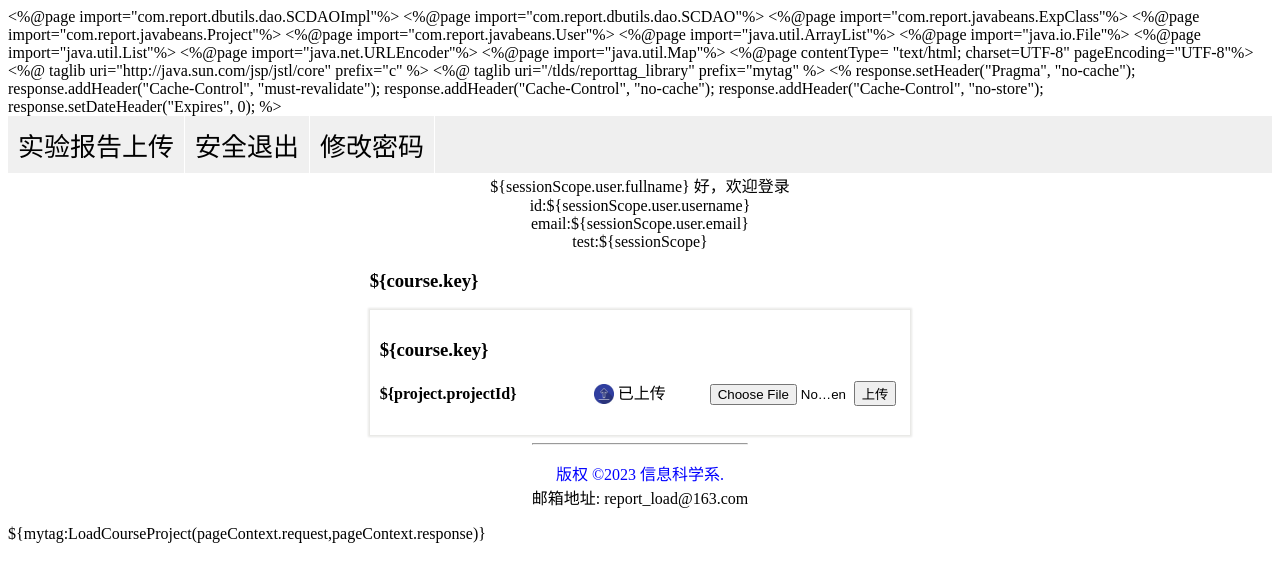
Repository: IAmJiangWenHao/ReportServer
Page: web/demo.html
An editor plug-in stored every save of this project. The page is shown before and after the next save, followed by the edit.
The browser window is 1280 px wide. The pictures show the whole page.

Above is the page before, as saved 2023-06-01 10:15:47.

### web/demo.html
<%@page import="com.report.dbutils.dao.SCDAOImpl"%>
<%@page import="com.report.dbutils.dao.SCDAO"%>
<%@page import="com.report.javabeans.ExpClass"%>
<%@page import="com.report.javabeans.Project"%>
<%@page import="com.report.javabeans.User"%>
<%@page import="java.util.ArrayList"%>
<%@page import="java.io.File"%>
<%@page import="java.util.List"%>
<%@page import="java.net.URLEncoder"%>
<%@page import="java.util.Map"%>
<%@page contentType= "text/html; charset=UTF-8" pageEncoding="UTF-8"%>

<%@ taglib uri="http://java.sun.com/jsp/jstl/core" prefix="c" %>
<%@ taglib uri="/tlds/reporttag_library" prefix="mytag" %>
<!--script type="text/javascript" src="${pageContext.request.contextPath}/script/scriptV1.js?v=1.0"></script-->
<!DOCTYPE html>
<html>
  <%
    response.setHeader("Pragma", "no-cache");
    response.addHeader("Cache-Control", "must-revalidate");
    response.addHeader("Cache-Control", "no-cache");
    response.addHeader("Cache-Control", "no-store");
    response.setDateHeader("Expires", 0);



  %>
  <head>
    <meta http-equiv="Content-Type" content="text/html; charset=UTF-8">
    <title >实验上传系统 </title>
  </head>
  <body>
    <style>
            .topbar-item{
        padding: 10px;
        border-right: 1px solid white;
        cursor:hand;
        background-color: rgba(240, 240, 240, 1)
      }
      .topbar-item:hover{
        background-color: gainsboro


      }
      #course1{
        padding: 10px;
        box-shadow: 0 0 2px 2px rgba(30, 30, 4, 0.1);
      }
      #course1:hover{
        box-shadow: 0 0 2px 2px rgba(30, 30, 4, 0.3);
      }
      #course1 tbody tr {
      display: flex;
      border-radius: 20px;
      width: auto;
      height: auto;
      padding: 10px;
      font-size: 26px;
      background-color: #fff;
      position: relative;
      justify-content: flex-start
    }
    #course1 tbody tr td a{
      color: #000;
      text-decoration:none;
    }
    #course1 tbody tr td a:hover{
      box-shadow: 0 0 10px 5px rgba(30, 30, 4, 0.3);
    }
    #course1 tbody tr td input{
      border: 0;
      height: 100%;
      background-color: #fff;
    }
    #course1 tbody tr td input:hover{
      border: 0;
      box-shadow: 0 0 10px 5px rgba(30, 30, 4, 0.3);
    }
    </style>
    <div style="display:flex;font-size: 26px;background-color: buttonface;">
      <div class="topbar-item" color="black"> 实验报告上传</div>
      <div class="topbar-item"><a style="color: black;text-decoration:none;" href="exit.jsp">安全退出</a></div>
      <div class="topbar-item"><a style="color: black;text-decoration:none;" href="WEB-INF/set_password_email.jsp">修改密码</a></div>

    </div>
    <div style="display: flex; flex-direction:column;align-items: center;">
      <div >${sessionScope.user.fullname} 好，欢迎登录</div>
      <div>id:${sessionScope.user.username}</div>
      <div>email:${sessionScope.user.email}</div>
      <div>test:${sessionScope}</div>

       <c:forEach var="course" items="${sessionScope.projectData}" varStatus="statusCourse">
           <h3 style="display:inline-block"><div>${course.key}</div></h3>
    <table>
        <c:forEach var="project" items="${course.value}" varStatus="statusProject">
        <!--
        没有开放上传的不显示？
        已经开放的，是否已经把文件上传，状态显示
        关闭上传的怎么显示：显示出来，但是不能修改，不能重新上传？
        -->


        <div id="course1"><!-- id还要修改 -->
          <h3 style="display:inline-block"><div id="">${course.key}</div> </h3>
          <!-- 实验项目 -->

            <div id="project11"><!-- id还要修改 -->
              <b><div id="prj" style="height:40px;width:200px;display:inline-block;">${project.projectId}</div></b><!-- div的id还要修改 -->
              <div style="display:inline-block;padding-left:10px" id="prj11">
                <div id="result" style="width:100px;display:inline-block;">

                    <!--上传状态还需要修改-->
                    <img style="vertical-align:bottom" height="20px;" width="20px" src="img/upload.jpg">
                    <font color="#00000">已上传&nbsp;</font>

                </div>
                &nbsp;&nbsp;
                <!-- id还要修改 -->
                <input type="file" id="file11" style="width:140px;" onchange="fileChange(this);">
                <input type="button" id="btn11" value="上传" onclick="upload(this.id)">
                <div id="progress" class="progress" style="display:inline-block;">
                  <div style="text-align:center" id="step" class="step"> </div>
                </div>
              </div>
            </div>
        </div>



        </c:forEach>
    </table>
    </c:forEach>
      <div>
        <hr><p align="center"><font color="blue">
    版权 ©2023  信息科学系.</font>
<br>邮箱地址: report_load@163.com

      </p></div>
    </div>

       ${mytag:LoadCourseProject(pageContext.request,pageContext.response)}
      <script>
var isIE = /msie/i.test(navigator.userAgent) && !window.opera;

function fileChange(target) {
  var fileSize = 0;
  var filetypes = [".pdf"];
  var filepath = target.value;
  var filemaxsize = 1024 * 8;//8M
  if (filepath) {
    var isnext = false;
    var fileend = filepath.substring(filepath.lastIndexOf("."));
    if (filetypes && filetypes.length > 0) {
      for (var i = 0; i < filetypes.length; i++) {
        if (filetypes[i] === fileend) {
          isnext = true;
          break;
        }
      }
    }
    if (!isnext) {
      alert("不接受此文件类型！");
      target.value = "";
      return false;
    }
  } else {
    return false;
  }
  if (isIE && !target.files) {
    var filePath = target.value;
    var fileSystem = new ActiveXObject("Scripting.FileSystemObject");
    if (!fileSystem.FileExists(filePath)) {
      alert("附件不存在，请重新输入！");
      return false;
    }
    var file = fileSystem.GetFile(filePath);
    fileSize = file.Size;
  } else {
    fileSize = target.files[0].size;
  }
  var size = fileSize / 1024;
  if (size > filemaxsize) {
    alert("附件大小不能大于" + filemaxsize / 1024 + "M！");
    target.value = "";
    return false;
  }
  if (size <= 0) {
    alert("附件大小不能为0M！");
    target.value = "";
    return false;
  }
}
function Check()
{
  for (var i = 0; i < document.form1.elements.length - 1; i++)
  {
    if (document.form1.elements[i].value === "")
    {
      alert("不可空！");
      document.form1.elements[i].focus();
      return false;
    }
  }
  return true;
}

function getAppPath() {
  //获取当前URL
  var curURL = window.document.location.href;
  //获取主机地址之后的路径部分（就是文件地址）
  var pathName = window.document.location.pathname;
  var pos = curURL.indexOf(pathName);
  //获取应用地址
  var host = curURL.substring(0, pos);
  //获取带"/"的应用名，如：/***
  var webAppName = pathName.substring(0, pathName.substr(1).indexOf('/') + 1);
  return host + webAppName;
}

function getFile(id) {
  var prj = id.parentElement.parentElement.parentElement;
  var courseID = prj.parentElement.getElementsByTagName("div")[0].innerHTML.toString();
  var projectID = prj.getElementsByTagName("div")[0].innerHTML.toString();
  const durl = getAppPath() + "/browsePDFV1.do?projectID=" + encodeURIComponent(projectID) + "&&courseID=" + encodeURIComponent(courseID);
  //browsePDF.do 后端传送实验报告
  window.open(durl);
}
function openPostWindow(id){
     var prj = id.parentElement.parentElement.parentElement;
     var data=new Array;
     var key=new Array;
     key[0]="courseID";
     key[1]="projectID";
  data[0]= prj.parentElement.getElementsByTagName("div")[0].innerHTML.toString();
  data[1]= prj.getElementsByTagName("div")[0].innerHTML.toString();

    //创建form表单，以下是form表单的各种参数
    let tempForm = document.createElement("form");
    tempForm.id = "tempForm";
    tempForm.method = "post";
    tempForm.action = getAppPath() + "/browsePDFV1.do";
    //tempForm.target = 'blank';
    tempForm.download = "";
    //创建标签 <input></input> 标签 然后设定属性，最后追加为 form标签的子标签
    for (let i in data) {
       alert(key[i],data[i]);
        let hideInput = document.createElement("input");
        hideInput.type = "hidden";
        hideInput.name =key[i];
        hideInput.value = data[i];
        tempForm.appendChild(hideInput);
    }
    if (document.all) {
      tempForm.attachEvent("onsubmit", function () {
      });        //IE
    } else {
      let subObj = tempForm.addEventListener("submit", function () {
      }, false);    //firefox
    }
    document.body.appendChild(tempForm);
    if (document.all) {
      tempForm.fireEvent("onsubmit");
    } else {
      tempForm.dispatchEvent(new Event("submit"));
    }
    tempForm.submit();//提交POST请求
    document.body.removeChild(tempForm);//删除整个form标签

  };



function upload(id) {
  var s;
  s = document.getElementById(id).parentElement.id;
  var prj = document.getElementById(s).parentElement;
  const courseID = prj.parentElement.getElementsByTagName("div")[0].innerHTML.toString();
  const projectID = prj.getElementsByTagName("div")[0].innerHTML.toString();
  //alert(courseID);
  //alert(projectID);
  //return;
  //var course = prj.parentElement.getElementsByTagName("div")[0].innerHTML;
  const fileid = document.getElementById(s).getElementsByTagName("input")[0];
  var uploadFile;
  const result = document.getElementById(s).getElementsByTagName("div")[0];
  const btn = document.getElementById(s).getElementsByTagName("input")[1];
  const step = document.getElementById(s).getElementsByTagName("div")[2];
  if (fileid.value === "")
  {
    alert("文件不可空！");
    fileid.focus();
    return false;
  }
  var files = fileid.files;
  if (files.length === 0) {
    return;
  }
  uploadFile = files[0];
  var formData = new FormData();
  formData.append("projectId", projectId);//项目名
  formData.append("courseId", courseId);//课程名
  formData.append("file", uploadFile); // 后端通过 'file' 获取
  //1.创建请求对象
  const xhr = new XMLHttpRequest();
  //2.设置请求行(get请求数据写在url后面)
  xhr.open("post", "/WebApp_report/uploadCourseServlet");
  //upload.do 后端处理上传文件
  //3.设置请求头(get请求可以省略,post不发送数据也可以省略)
  // 如果使用 formData可以不写 请求头 写了 无法正常上传文件
  //  xhr.setRequestHeader("Content-type","application/x-www-form-urlencoded");
  // XHR2.0新增 上传进度监控
  xhr.upload.onprogress = function (event) {
    var percent = event.loaded / event.total * 100 + '%';
    //console.log(percent);
    // 设置进度条内部step的 宽度
    step.style.width = percent;
    //console.log(step.id);
  };
  //4.请求主体发送(get请求为空，或者写null，post请求数据写在这里，如果没有数据，直接为空或者写null)
  xhr.send(formData);
  //注册回调函数
  xhr.onload = function () {
    console.log(xhr.responseText);
    if (xhr.readyState === 4) {
      //判断响应码 2XX 表示成功
      if (xhr.status >= 200 && xhr.status <= 300) {
        //处理结果
        // console.log("test Post");//状态码
        //设置 result 显示的文本内容
        fileid.value = "";
        if (xhr.response.toString() === "文件上传成功！") {
          var fileName = "${user.username}-${user.fullname}-";
          fileName += prj.getElementsByTagName("div")[0].innerHTML.toString();
          result.innerHTML = "<a href='#'id='" + new Date().getTime() + "' onclick='getFile(this)'>" + "<img style='vertical-align: middle;' height='20px;' width='20px' src='img/check.jpg'/>检查上传</a>";
          step.innerHTML = "100%";
        } else
          step.innerHTML =xhr.response.toString();
      }
    }
  };
}

function reload() {
  //1.创建请求对象
  const xhr = new XMLHttpRequest();
  //2.设置请求
  xhr.open("post", "/WebApp_report/LoadData.do");
  //3.发送请求
  xhr.send();
  //注册回调函数
  xhr.onload = function () {
    console.log(xhr.responseText);
    if (xhr.readyState === 4) {
      //判断响应码 2XX 表示成功
      if (xhr.status >= 200 && xhr.status <= 300) {
        //处理结果
        if (xhr.response.toString() === "courseData数据更新！") {
          console.log("courseData已更新");
        }
      }
    }
  };
}
</script>
</body>
</html>

After the next save:
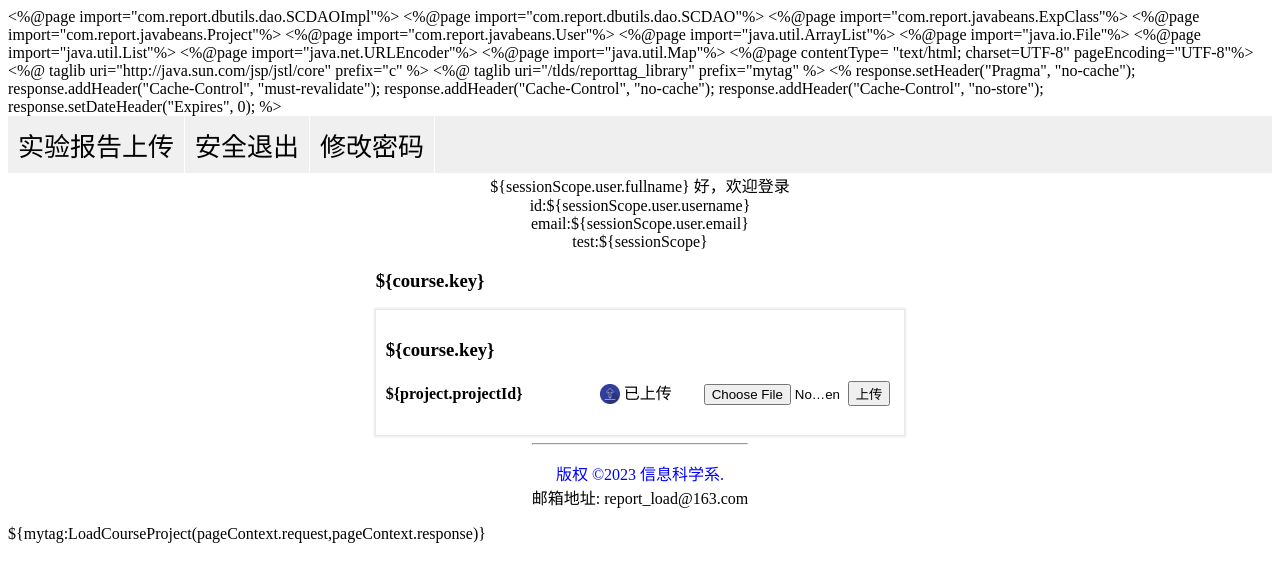
Saved 114 s later.
--- a/web/demo.html
+++ b/web/demo.html
@@ -111,10 +111,9 @@
 
                     <!--上传状态还需要修改-->
                     <img style="vertical-align:bottom" height="20px;" width="20px" src="img/upload.jpg">
-                    <font color="#00000">已上传&nbsp;</font>
+                    <font color="#00000">已上传</font>
 
                 </div>
-                &nbsp;&nbsp;
                 <!-- id还要修改 -->
                 <input type="file" id="file11" style="width:140px;" onchange="fileChange(this);">
                 <input type="button" id="btn11" value="上传" onclick="upload(this.id)">
